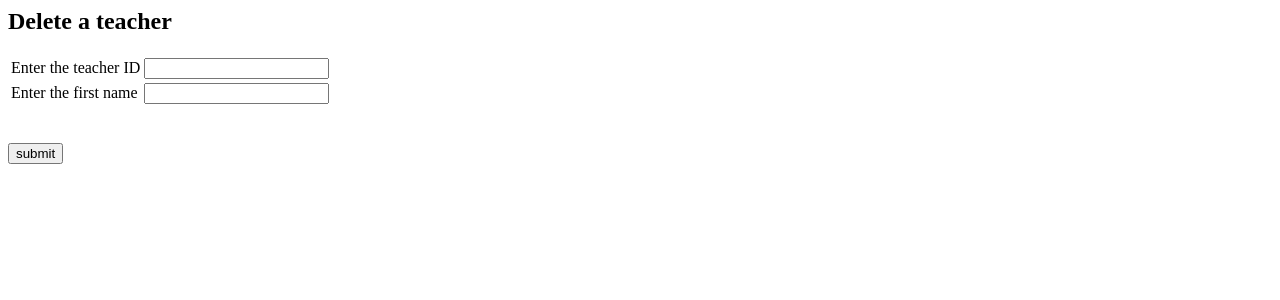
Repository: anithagnana123/Simplilearn_Phase2_project
Page: http://localhost/phase2-project/updateteacher
These files come from the project's save history. The page is drawn as it stood at one moment and after the next save; the edit follows.
The browser window is 1280 px wide. The pictures show the whole page.
The page is served by Tomcat 9. Other server files are loaded and not shown.

Above is the page before, as saved 2022-10-20 09:11:07.

### phase2-project/src/main/java/com/simplilearn/workshop/UpdateTeacherServlet.java
package com.simplilearn.workshop;

import java.io.IOException;
import java.io.PrintWriter;

import javax.servlet.ServletException;
import javax.servlet.annotation.WebServlet;
import javax.servlet.http.HttpServlet;
import javax.servlet.http.HttpServletRequest;
import javax.servlet.http.HttpServletResponse;

/**
 * Servlet implementation class AddTeacherServlet
 */
@WebServlet("/updateteacher")
public class UpdateTeacherServlet extends HttpServlet {
	private static final long serialVersionUID = 1L;

	protected void doGet(HttpServletRequest request, HttpServletResponse response) throws ServletException, IOException {

        response.setContentType("text/html");

		PrintWriter out = response.getWriter();

	    out.println("<form action='test' method='get'>");
		out.println("<h2>Delete a teacher</h2>");
		out.println("<table>");
		out.println("<tr>");
		out.println("<td>Enter the teacher ID</td>");
		out.println("<td> <input type='text' name='teacher_id'> </td>");
		out.println("</tr>");
		out.println("<tr>");
		out.println("<td>Enter the first name</td>");
		out.println("<td> <input type='text' name='teacher_firstName'> </td>");
		out.println("</tr>");
		out.println("</table>");
		out.println("<br> <br> <input type='submit' value='submit'/>");
		out.println("<input type='hidden' name='operation' value='updateteacher'/>");
	    out.println("</form>");

	}

}

After the next save:
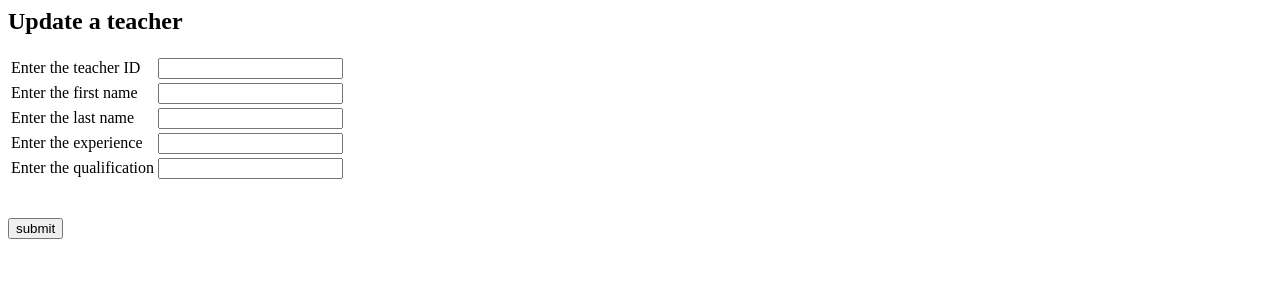
Saved 6 min 23 s later.
--- a/phase2-project/src/main/java/com/simplilearn/workshop/UpdateTeacherServlet.java
+++ b/phase2-project/src/main/java/com/simplilearn/workshop/UpdateTeacherServlet.java
@@ -23,7 +23,7 @@ public class UpdateTeacherServlet extends HttpServlet {
 		PrintWriter out = response.getWriter();
 
 	    out.println("<form action='test' method='get'>");
-		out.println("<h2>Delete a teacher</h2>");
+		out.println("<h2>Update a teacher</h2>");
 		out.println("<table>");
 		out.println("<tr>");
 		out.println("<td>Enter the teacher ID</td>");
@@ -31,6 +31,15 @@ public class UpdateTeacherServlet extends HttpServlet {
 		out.println("</tr>");
 		out.println("<tr>");
 		out.println("<td>Enter the first name</td>");
+		out.println("<td> <input type='text' name='teacher_firstName'> </td>");
+		out.println("</tr>");
+		out.println("<td>Enter the last name</td>");
+		out.println("<td> <input type='text' name='teacher_lastName'> </td>");
+		out.println("</tr>");
+		out.println("<td>Enter the experience</td>");
+		out.println("<td> <input type='text' name='teacher_firstName'> </td>");
+		out.println("</tr>");
+		out.println("<td>Enter the qualification</td>");
 		out.println("<td> <input type='text' name='teacher_firstName'> </td>");
 		out.println("</tr>");
 		out.println("</table>");
